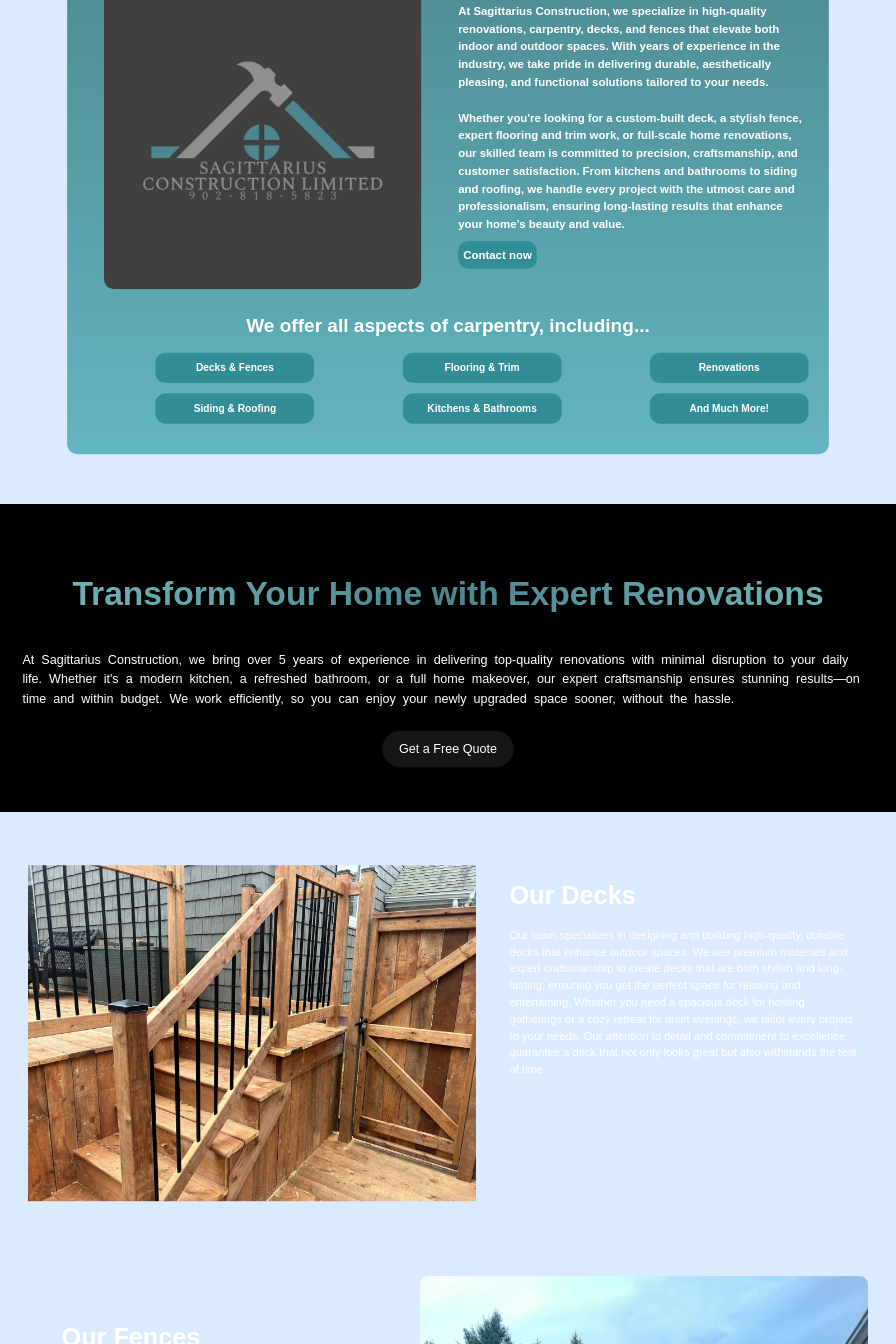
Repository: TMuse333/sagittarius
Page: / (app in frontend/)
The author's editor kept a copy of each file at every save. The page is drawn from the files as they stood at one save, then again after the next save.
The browser window is 1280 px wide. The pictures show the part of the page from y = 920 to 2840 px (the page is 9780 px tall), at 70% of full size.
The project was rebuilt for these pictures with package versions that can differ from the ones it lists, and the page was loaded fresh each time. The framework's server and built-in components were replaced by stand-ins that run in the browser. Also part of the build but not shown: frontend/next.config.ts.

Above is the page before, as saved 2025-03-17 19:25:48.

After the next save:
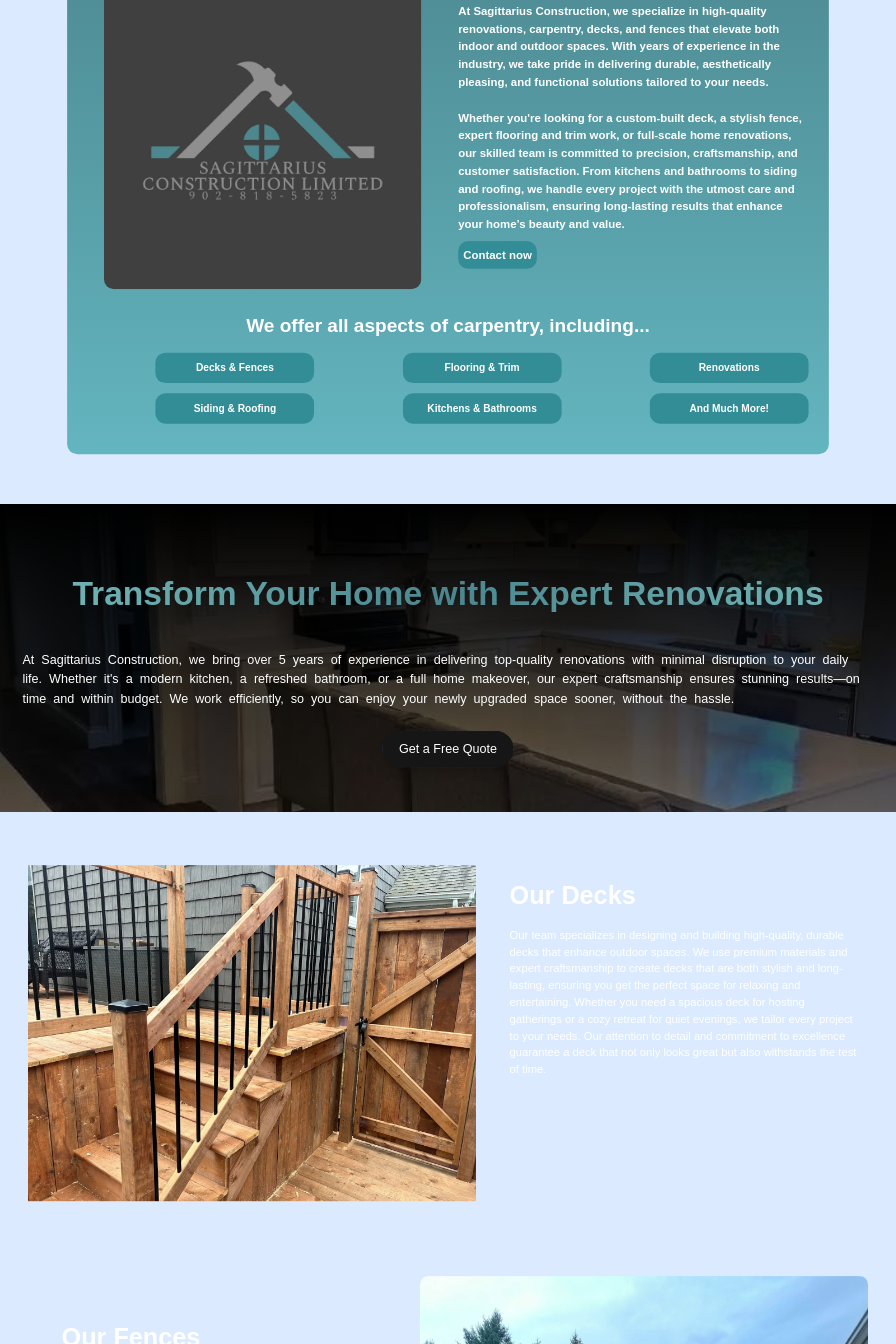
Saved 4 s later.
--- a/frontend/src/components/verticalImageText/verticalImageText.tsx
+++ b/frontend/src/components/verticalImageText/verticalImageText.tsx
@@ -114,7 +114,7 @@
     py-8
    "
    style={{
-    backgroundImage: `linear-gradient(rgba(0, 0, 0, 1), rgba(0, 0, 0, 1)), url(${bgImage.src})`,
+    backgroundImage: `linear-gradient(rgba(0, 0, 0, 1), rgba(0, 0, 0, 0.5)), url(${bgImage.src})`,
     backgroundSize: "cover", // Ensures the image covers the container
     backgroundPosition: "center", // Centers the image
   }}
